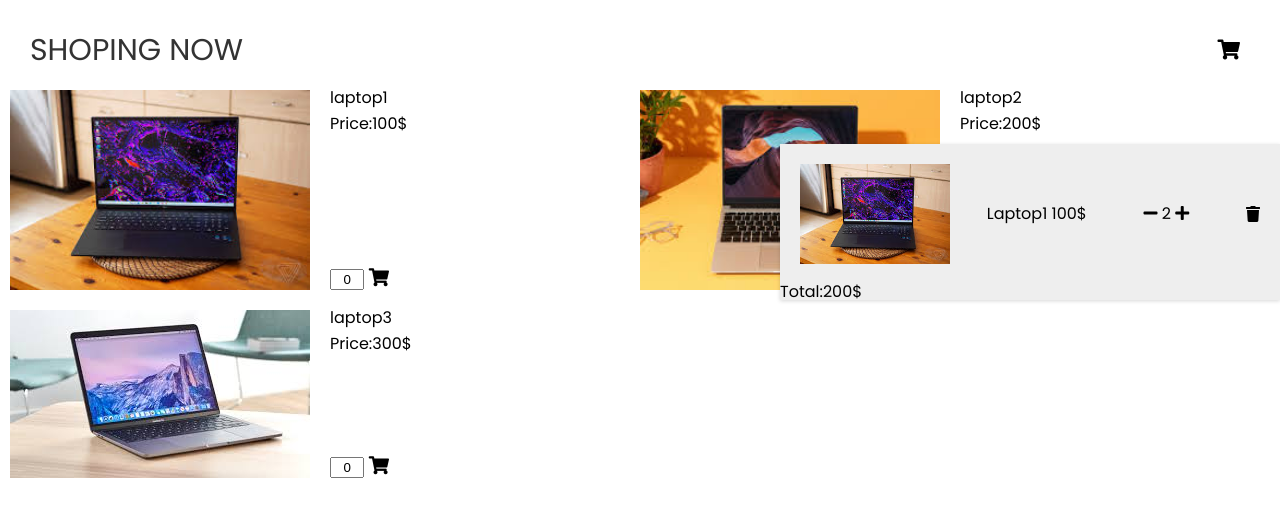
Repository: nttthao9/shopingcart
Page: index.html
An editor plug-in stored every save of this project. The page is shown before and after the next save, followed by the edit.
The browser window is 1280 px wide. The pictures show the whole page.
Some web libraries are served in a nearby version.

Above is the page before, as saved 2021-10-04 15:01:56.

### index.html
<!DOCTYPE html>
<html lang="en">

<head>
  <meta charset="UTF-8">
  <meta http-equiv="X-UA-Compatible" content="IE=edge">
  <meta name="viewport" content="width=device-width, initial-scale=1.0">
  <title>Shoping Cart</title>
  <link rel="preconnect" href="https://fonts.googleapis.com">
  <link rel="preconnect" href="https://fonts.gstatic.com" crossorigin>
  <link href="https://fonts.googleapis.com/css2?family=Poppins:wght@300;400;500;600&display=swap" rel="stylesheet">
  <link rel="stylesheet" href="https://cdnjs.cloudflare.com/ajax/libs/font-awesome/5.1.0-11/css/all.css"
    integrity="sha512-xO/VZFNBvip9IT+BD6Nq/pHdBvKeFcwygKqARlegjQ+5A68KsMSYrPbGP1oYow5ec9Tqq8peJXcn5J1bD4O00w=="
    crossorigin="anonymous" referrerpolicy="no-referrer" />
  <link rel="stylesheet" href="./styles/reset.css">
  <link rel="stylesheet" href="./styles/style.css">
</head>

<body>
  <div class="shoping">
    <div class="shoping-bar">
      <h2 class="shoping-title">Shoping now</h2>
      <div class="shoping-cart">
        <i class="fas fa-shopping-cart"></i>
      </div>
    </div>
    <div class="product-list">
      <!-- <div class="product-item">
        <img src="./images/laptop1.jpg" alt="" class="product-image">
        <div class="product-desc">
          <span class="product-name">Laptop1</span>
          <span>Price:<span class="product-price">100$</span></span>
          <div class="product-buy">
            <input type="number" name="" id="" class="product-count" value="0" min="0">
            <i class="fas fa-shopping-cart cart-icon"></i>
          </div>
        </div>
      </div> -->
    </div>
    <div class="cart">
      <div class="cart-item">
        <img src="./images/laptop1.jpg" alt="" class="cart-image">
        <div class="cart-desc">
          <span>Laptop1</span>
          <span>100$</span>
        </div>
        <div class="cart-change">
          <i class="fas fa-minus"></i>
          <span class="count">2</span>
          <i class="fas fa-plus"></i>
        </div>
        <i class="fa fa-trash"></i>
      </div>
      <div class="total">Total:<span class="total-price">200$</span></div>
    </div>
  </div>
  <script src="./main.js"></script>
</body>

</html>

### styles/style.css
* {
  box-sizing: border-box;
}
html {
  font-size: 62.5%;
}
image {
  display: block;
  max-width: 100%;
}
input::-webkit-outer-spin-button,
input::-webkit-inner-spin-button {
  -webkit-appearance: none;
  margin: 0;
}
input[type='number'] {
  -moz-appearance: textfield;
}
body {
  font-family: 'Poppins', sans-serif;
  line-height: 1;
  font-size: 1.6rem;
}
.shoping {
  padding: 1rem;
}
.shoping-bar {
  display: flex;
  align-items: center;
  justify-content: space-between;
  padding: 2rem;
}
.shoping-title {
  font-size: 3rem;
  color: #333;
  text-transform: uppercase;
}
.shoping-cart {
  font-size: 2rem;
  padding: 1rem;
  cursor: pointer;
}
.product-list {
  display: flex;
  justify-content: space-between;
  flex-wrap: wrap;
}
.product-item {
  width: 50%;
  display: flex;
  margin-bottom: 2rem;
}
.product-name {
  display: block;
  margin-bottom: 1rem;
}
.product-price {
  display: inline-block;
  margin-bottom: 1rem;
}
.product-desc {
  margin-left: 2rem;
  display: flex;
  flex-direction: column;
}
.product-count {
  width: 15%;
  text-align: center;
}
.product-buy {
  margin-top: auto;
}
.cart-icon {
  display: inline-block;
  font-size: 1.8rem;
  cursor: pointer;
  margin-right: 2rem;
}
.product-image {
  width: 30rem;
  overflow: hidden;
  -o-object-fit: cover;
  object-fit: cover;
}
.cart {
  position: fixed;
  top: 20%;
  right: 0;
  width: 50rem;
  background-color: #eee;
  box-shadow: rgba(0, 0, 0, 0.16) 0px 1px 4px;
}
.cart-image {
  width: 15rem;
}
.cart-desc,
.cart-change {
  margin-right: 2rem;
}

.cart-item {
  display: flex;
  align-items: center;
  justify-content: space-between;
  padding: 2rem;
}

### main.js
const listItem = [
  {
    id: 1,
    name: 'laptop1',
    image: './images/laptop1.jpg',
    price: 100,
  },
  {
    id: 2,
    name: 'laptop2',
    image: './images/laptop2.jpg',
    price: 200,
  },
  {
    id: 3,
    name: 'laptop3',
    image: './images/laptop3.jpg',
    price: 300,
  },
];

const nameProduct = listItem.map((item) => Object.values(item));
console.log(nameProduct);
window.addEventListener('load', function () {
  const productList = document.querySelector('.product-list');
  const productId = listItem.map((item) => item.id);
  console.log(productId);
  const productName = listItem.map((item) => item.name);
  console.log(productName);
  const productPrice = listItem.map((item) => item.price);
  console.log(productPrice);
  function createProductItem(name, productName, productPrice) {
    const template = `<div class="product-item">
    <img src="./images/${name}.jpg" alt="" class="product-image">
    <div class="product-desc">
      <span class="product-name">${productName}</span>
      <span>Price:<span class="product-price">${productPrice}$</span></span>
      <div class="product-buy">
        <input type="number" name="" id="" class="product-count" value="0" min="0">
        <i class="fas fa-shopping-cart cart-icon"></i>
      </div>
    </div>
    </div>`;
    productList.insertAdjacentHTML('beforeend', template);
  }
  for (let i = 0; i < listItem.length; i++) {
    createProductItem(productName[i], productName[i], productPrice[i]);
  }
});

Loaded but not shown: styles/reset.css (common file)

After the next save:
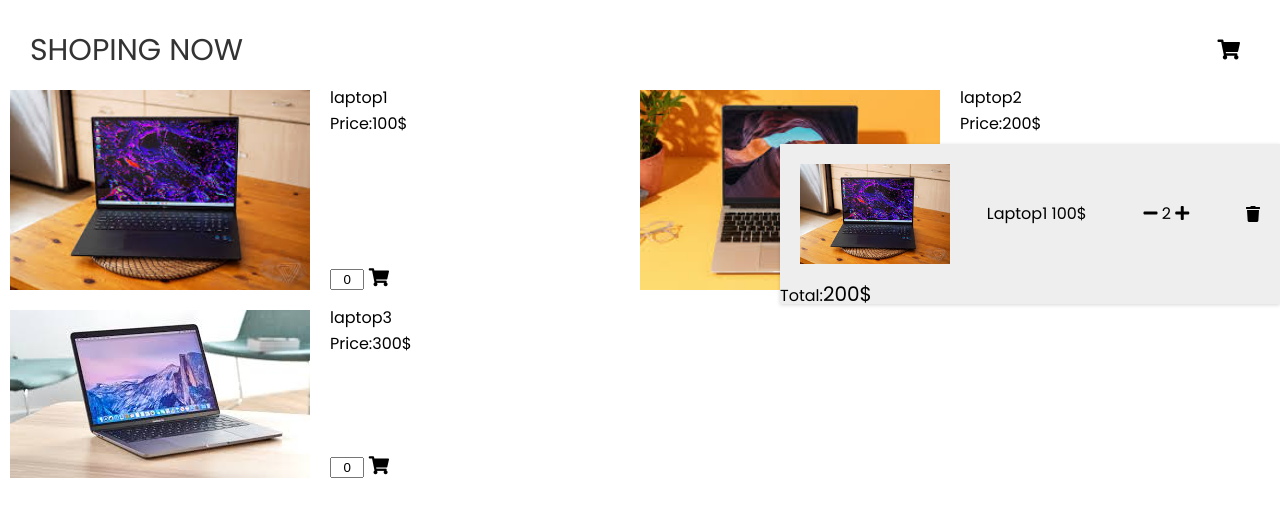
Saved 21 s later.
--- a/styles/style.css
+++ b/styles/style.css
@@ -104,3 +104,6 @@ body {
   justify-content: space-between;
   padding: 2rem;
 }
+.total-price {
+  font-size: 2rem;
+}
